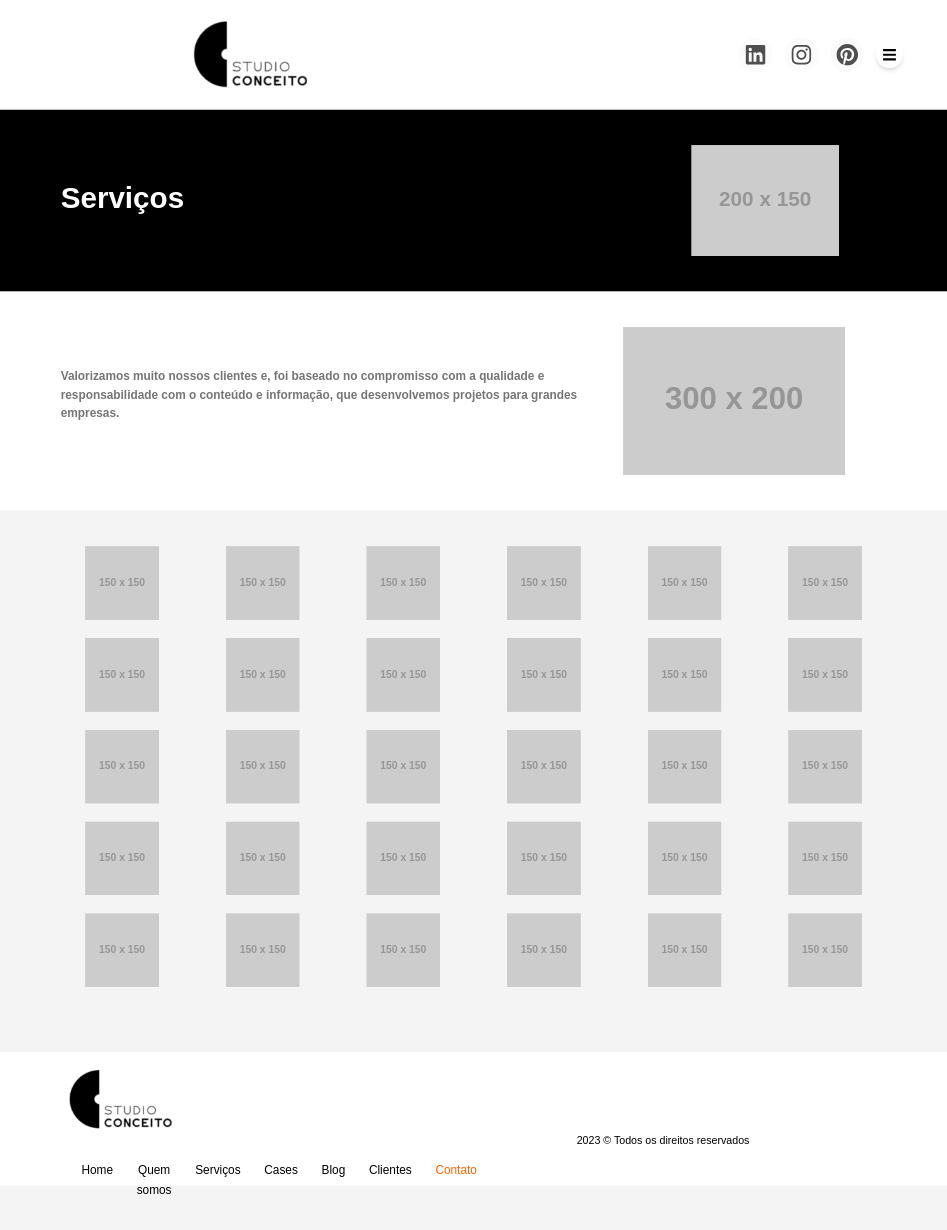
Repository: Upstairs-Agencia/studio-conceito-react
Page: /clientes
The author's editor kept a copy of each file at every save. The page is drawn from the files as they stood at one save, then again after the next save.
The browser window is 1280 px wide. The pictures show the whole page, at 74% of full size.
The project was rebuilt for these pictures with package versions that can differ from the ones it lists, and the page was loaded fresh each time. Also part of the build but not shown: src/pages/Home.js, src/pages/QuemSomos.js, src/pages/Servicos.js, src/pages/Cases.js, src/pages/Blog.js, src/pages/Contato.js.

Above is the page before, as saved 2024-12-28 02:10:14.

### public/index.html
<!DOCTYPE html>
<html lang="en">
  <head>
    <meta charset="utf-8" />
    <link rel="icon" href="%PUBLIC_URL%/favicon.ico" />
    <meta name="viewport" content="width=device-width, initial-scale=1" />
    <meta name="theme-color" content="#000000" />
    <meta
      name="description"
      content="Web site created using create-react-app"
    />
    <link rel="apple-touch-icon" href="%PUBLIC_URL%/logo192.png" />
    <!--
      manifest.json provides metadata used when your web app is installed on a
      user's mobile device or desktop. See https://developers.google.com/web/fundamentals/web-app-manifest/
    -->
    <link rel="manifest" href="%PUBLIC_URL%/manifest.json" />
    <!--
      Notice the use of %PUBLIC_URL% in the tags above.
      It will be replaced with the URL of the `public` folder during the build.
      Only files inside the `public` folder can be referenced from the HTML.

      Unlike "/favicon.ico" or "favicon.ico", "%PUBLIC_URL%/favicon.ico" will
      work correctly both with client-side routing and a non-root public URL.
      Learn how to configure a non-root public URL by running `npm run build`.
    -->
    <title>Studio Conceito</title>
  </head>
  <body>
    <noscript>You need to enable JavaScript to run this app.</noscript>
    <div id="root"></div>
    <!--
      This HTML file is a template.
      If you open it directly in the browser, you will see an empty page.

      You can add webfonts, meta tags, or analytics to this file.
      The build step will place the bundled scripts into the <body> tag.

      To begin the development, run `npm start` or `yarn start`.
      To create a production bundle, use `npm run build` or `yarn build`.
    -->
  </body>
</html>

### src/index.js

import React from 'react';
import ReactDOM from 'react-dom';
import App from './App';
import 'mdb-react-ui-kit/dist/css/mdb.min.css'; // MDB styles
import './index.css'; // Global styles

ReactDOM.render(
  <React.StrictMode>
    <App />
  </React.StrictMode>,
  document.getElementById('root')
);

### src/App.js

import React from 'react';
import { BrowserRouter as Router, Routes, Route } from 'react-router-dom';
import Home from './pages/Home';
import QuemSomos from './pages/QuemSomos';
import Servicos from './pages/Servicos';
import Cases from './pages/Cases';
import Blog from './pages/Blog';
import Clientes from './pages/Clientes';
import Contato from './pages/Contato';

function App() {
  return (
    <Router>
      <Routes>
        <Route path="/" element={<Home />} />
        <Route path="/quem-somos" element={<QuemSomos />} />
        <Route path="/servicos" element={<Servicos />} />
        <Route path="/cases" element={<Cases />} />
        <Route path="/blog" element={<Blog />} />
        <Route path="/clientes" element={<Clientes />} />
        <Route path="/contato" element={<Contato />} />
      </Routes>
    </Router>
  );
}

export default App;

### src/index.css

body {
  margin: 0;
  font-family: Arial, sans-serif;
  background-color: #f4f4f4;
}

### src/pages/Clientes.js
import React from 'react';
import { MDBContainer, MDBRow, MDBCol } from 'mdb-react-ui-kit';
import Navbar from '../components/navbar';
import Footer from '../components/footer';

const placeholderImage = 'https://placehold.co/150x150'; // Placeholder das logos

const Clientes = () => {
  // Array de 30 imagens placeholders
  const logos = Array.from({ length: 30 }, () => placeholderImage);

  return (
    <div>
      <Navbar />
      {/* Cabeçalho semelhante ao Blog */}
      <section className="bg-black text-white py-5">
        <MDBContainer>
          <MDBRow className="align-items-center">
            <MDBCol md="6">
              <h1 className="fw-bold">Serviços</h1>
            </MDBCol>
            <MDBCol md="6" className="text-end">
              <img
                src="https://placehold.co/200x150" // Imagem para o padrão gráfico
                alt="Padrão gráfico"
                style={{ maxWidth: '200px', marginRight: '4rem' }}
              />
            </MDBCol>
          </MDBRow>
        </MDBContainer>
      </section>

      {/* Seção com texto e imagem */}
      <section className="py-5 bg-white">
        <MDBContainer>
          <MDBRow className="align-items-center">
            <MDBCol md="8">
              <p className="fw-bold text-muted">
                Valorizamos muito nossos clientes e, foi baseado no compromisso com a qualidade e responsabilidade
                com o conteúdo e informação, que desenvolvemos projetos para grandes empresas.
              </p>
            </MDBCol>
            <MDBCol md="4">
              <img
                src="https://placehold.co/300x200"
                alt="Clientes em destaque"
                style={{ maxWidth: '100%' }}
              />
            </MDBCol>
          </MDBRow>
        </MDBContainer>
      </section>

      {/* Grid de logos */}
      <section className="py-5">
        <MDBContainer>
          <MDBRow>
            {logos.map((logo, index) => (
              <MDBCol key={index} md="2" sm="4" xs="6" className="mb-4 d-flex justify-content-center">
                <img
                  src={logo}
                  alt={`Logo ${index + 1}`}
                  style={{ maxWidth: '100px', maxHeight: '100px' }}
                />
              </MDBCol>
            ))}
          </MDBRow>
        </MDBContainer>
      </section>

      <Footer />
    </div>
  );
};

export default Clientes;

### src/components/navbar.js
import React, { useState } from "react";

import Logo from "../images/logoBlack.png";

import {
  MDBNavbar,
  MDBNavbarBrand,
  MDBContainer,
} from "mdb-react-ui-kit";
import { FaLinkedin, FaInstagram, FaPinterest, FaBars } from "react-icons/fa";
import { IoIosClose } from "react-icons/io";
import { Link } from "react-router-dom";

import SeloGptw from "../images/selo-gptw.png";

const Navbar = () => {
  const [showMenu, setShowMenu] = useState(false);

  return (
    <>
      {/* Navbar */}
      <MDBNavbar dark bgColor="white" className="py-4 px-5">
        <MDBContainer fluid className="d-flex justify-content-between align-items-center">
          {/* Logo */}
          <MDBNavbarBrand href="#" className="ms-5">
            <img
              src={Logo}
              alt="Logo"
              style={{ maxHeight: "90px", marginLeft: "12vw"}}
            />
          </MDBNavbarBrand>

          {/* Social Icons and Menu Toggle */}
          <div className="d-flex align-items-center">
            {/* Social Icons */}
            <div className="d-flex gap-3 me-3">
              <button className="btn btn-light rounded-circle p-2">
                <FaLinkedin size={30} />
              </button>
              <button className="btn btn-light rounded-circle p-2">
                <FaInstagram size={30} />
              </button>
              <button className="btn btn-light rounded-circle p-2">
                <FaPinterest size={30} />
              </button>
            </div>

            {/* FaBars Icon for Sidebar */}
            <button
              className="btn rounded-circle p-2"
              style={{
                background: "none",
                border: "none",
                cursor: "pointer",
              }}
              onClick={() => setShowMenu(!showMenu)}
            >
              <FaBars size={20} color="black" />
            </button>
          </div>
        </MDBContainer>
      </MDBNavbar>

      {/* Sidebar Menu */}
      {showMenu && (
        <div
          className="position-fixed top-0 end-0 bg-white vh-100 vw-350 shadow-lg d-flex flex-column"
          style={{ zIndex: 1050, width: "500px" }}
        >
          <div className="d-flex justify-content-end p-3">
            {/* Close Button */}
            <button
              className="p-0"
              style={{
                background: "none",
                border: "none",
                cursor: "pointer",
              }}
              onClick={() => setShowMenu(false)}
            >
              <IoIosClose size={40} />
            </button>
          </div>





          <div className="p-4 flex-grow-1">
            {/* Menu Items */}
            <ul className="list-unstyled">
              {[
                { label: "Home", link: "/" },
                { label: "Quem somos", link: "/quem-somos" },
                { label: "Serviços", link: "/servicos" },
                { label: "Cases", link: "/cases" },
                { label: "Blog", link: "/blog" },
                { label: "Clientes", link: "/clientes" },
                { label: "Contato", link: "/contato" },
              ].map((item, index) => (
                <li key={index} className="py-2">
                  <Link
                    to={item.link}
                    className="text-decoration-none fs-6"
                    style={{
                      transition: "all 0.3s ease-in-out", // Transição suave
                      color:"black"
                    }}
                    onMouseOver={(e) => {
                      e.currentTarget.style.color = "#FF7F30"; // Altera a cor
                      e.currentTarget.style.fontWeight = "bold"; // Negrito
                    }}
                    onMouseOut={(e) => {
                      e.currentTarget.style.color = "black"; // Retorna à cor original
                      e.currentTarget.style.fontWeight = "normal"; // Retira o negrito
                    }}
                  >
                    {item.label}
                  </Link>
                </li>
              ))}
            </ul>
          </div>



          {/* Footer Section */}
          <div className="d-flex justify-content-between align-items-center px-4 pb-4">
            {/* Social Icons */}
            <div className="d-flex gap-3">
              <button className="btn btn-dark rounded-circle p-2">
                <FaLinkedin size={20} color="white" />
              </button>
              <button className="btn btn-dark rounded-circle p-2">
                <FaInstagram size={20} color="white" />
              </button>
              <button className="btn btn-dark rounded-circle p-2">
                <FaPinterest size={20} color="white" />
              </button>
            </div>

            {/* Placeholder Image */}
            <img
              src={SeloGptw}
              alt="Great Place to Work"
              style={{ maxHeight: "200px", marginBottom: "4rem" }}
            />
          </div>
        </div>
      )}
    </>
  );
};

export default Navbar;

### src/components/footer.js
import React from "react";
import { MDBFooter, MDBContainer, MDBRow, MDBCol } from "mdb-react-ui-kit";
import Logo from "../images/logoBlack.png";
import "../styles/footer.css";

const Footer = () => {
  return (
    <MDBFooter className="footer-container text-center text-white">
      <MDBContainer className="p-4 footer-content">

        <MDBRow className="content-signature">
            {/* Logo e Nome */}
            <MDBCol md="4" className="mb-4 footer-left">
                <img
                    src={Logo}
                    alt="Studio Conceito Logo"
                    className="footer-logo"
                />

                {/* Navegação */}
                <MDBCol md="4" className="mb-3 footer-center">
                    <nav className="footer-nav">
                        <a href="/">Home</a>
                        <a href="/quem-somos"> Quem somos </a>
                        <a href="/servicos">Serviços</a>
                        <a href="/cases">Cases</a>
                        <a href="/blog">Blog</a>
                        <a href="/clientes">Clientes</a>
                        <a href="/contato" className="footerHighlight">
                            Contato
                        </a>
                    </nav>
                </MDBCol>

            </MDBCol>

            {/* Direitos Reservados */}
            <MDBCol md="4" className="mb-4 footer-right">
                <p className="mb-0">2023 &copy; Todos os direitos reservados</p>
            </MDBCol>

        </MDBRow>



      </MDBContainer>
    </MDBFooter>
  );
};

export default Footer;

### src/styles/footer.css
.footer-container {
    background-color: white;
    height: 25vh !important; /* Ocupa 30% da altura da tela */
    display: flex;
    justify-content: center;
    align-items: center;
    color: black;
    font-family: Arial, sans-serif;
    margin: 1rem 0;
  }

  .footer-content {
    height: 100%; /* Garante que o conteúdo ocupe toda a altura do footer */
  }

  .content-signature{
    display: flex;
    flex-direction: row;
  }

  .footer-left {
    display: flex;
    flex-direction: column;
  }

  .footer-logo {
    max-width: 40%; /* Aumenta a imagem para 40% de seu tamanho */
    margin-bottom: 10px;
  }


  .footer-center {
    text-align: center;
    margin: 2rem 0;
  }

  .footer-nav{
    display: flex;
    flex-direction: row;
    justify-content: space-around;
    width:35vw;

  }

  .footerHighlight {
    color: #ff6600 !important;
  }

  .footer-nav a {
    margin: 1px 1rem;
    text-decoration: none;
    color: #000;
    font-size: 1rem;
    transition: color 0.3s ease;
  }

  .footer-nav a:hover {
    color: #ff6600;
  }



  .footer-right {
    text-align: center;
    display: flex;
    justify-content: center;
    align-items: center;
    margin-left: 20vw;
    font-size: 0.9rem;
    color: #000;
  }

After the next save:
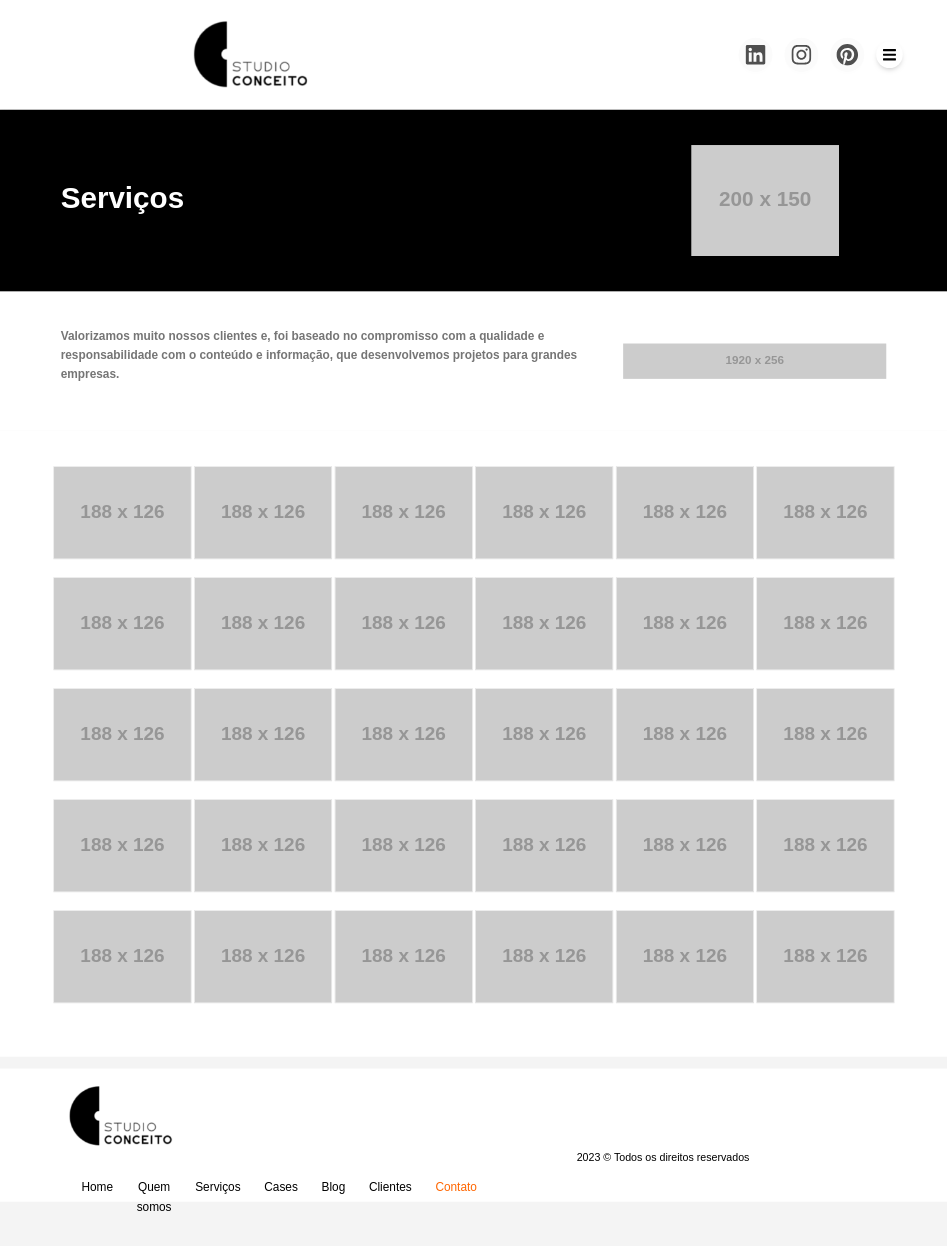
Saved 3 min 51 s later.
--- a/src/pages/Clientes.js
+++ b/src/pages/Clientes.js
@@ -3,11 +3,9 @@ import { MDBContainer, MDBRow, MDBCol } from 'mdb-react-ui-kit';
 import Navbar from '../components/navbar';
 import Footer from '../components/footer';
 
-const placeholderImage = 'https://placehold.co/150x150'; // Placeholder das logos
-
 const Clientes = () => {
-  // Array de 30 imagens placeholders
-  const logos = Array.from({ length: 30 }, () => placeholderImage);
+  // Array de 30 imagens placeholders para as logos
+  const logos = Array.from({ length: 30 }, () => 'https://placehold.co/188x126');
 
   return (
     <div>
@@ -42,7 +40,7 @@ const Clientes = () => {
             </MDBCol>
             <MDBCol md="4">
               <img
-                src="https://placehold.co/300x200"
+                src="https://placehold.co/1920x256"
                 alt="Clientes em destaque"
                 style={{ maxWidth: '100%' }}
               />
@@ -52,15 +50,26 @@ const Clientes = () => {
       </section>
 
       {/* Grid de logos */}
-      <section className="py-5">
+      <section className="py-5 bg-white">
         <MDBContainer>
           <MDBRow>
             {logos.map((logo, index) => (
-              <MDBCol key={index} md="2" sm="4" xs="6" className="mb-4 d-flex justify-content-center">
+              <MDBCol
+                key={index}
+                md="2" // 5 colunas no grid
+                sm="4"
+                xs="6"
+                className="mb-4 d-flex justify-content-center"
+              >
                 <img
                   src={logo}
                   alt={`Logo ${index + 1}`}
-                  style={{ maxWidth: '100px', maxHeight: '100px' }}
+                  style={{
+                    width: '188px',
+                    height: '126px',
+                    backgroundColor: '#fff',
+                    border: '1px solid #ddd', // Borda leve para destaque
+                  }}
                 />
               </MDBCol>
             ))}
